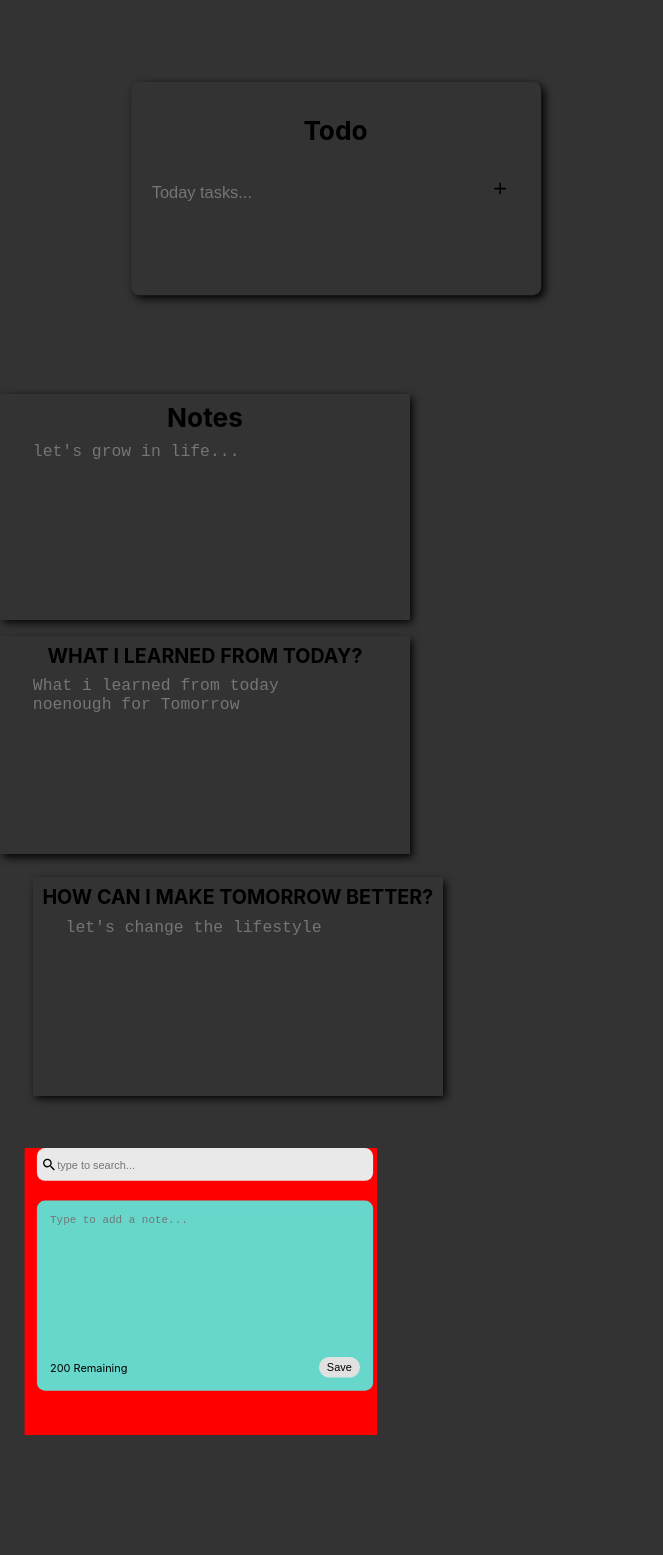
Repository: subhamRsahoo/note
Page: /
An editor plug-in stored every save of this project. The page is shown before and after the next save, followed by the edit.
The browser window is 768 px wide. The page is 808 px wide, so the pictures cover 808 px, including what lies to the right of the window. The pictures show the whole page, at 82% of full size.
The project was rebuilt for these pictures with package versions that can differ from the ones it lists, and the page was loaded fresh each time. Also part of the build but not shown: src/components/New folder/components/Note.js.

Above is the page before, as saved 2021-07-15 18:53:11.

After the next save:
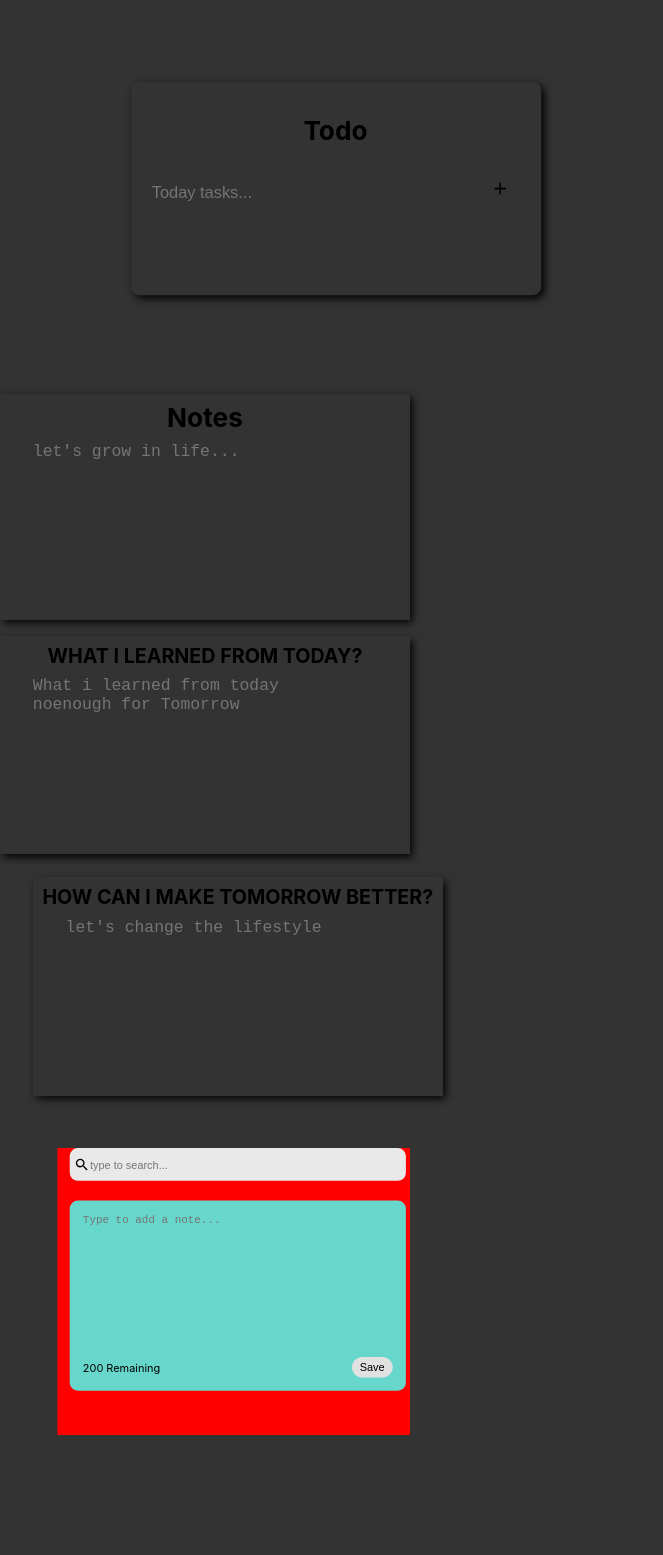
Saved 11 s later.
--- a/src/components/New folder/index.css
+++ b/src/components/New folder/index.css
@@ -132,7 +132,7 @@ textarea:focus {
 		position: relative;
 		top: 700px;
 		width: 400px;
-		left: 30px;
+		left: 70px;
 		background-color: red;
 	}
 
